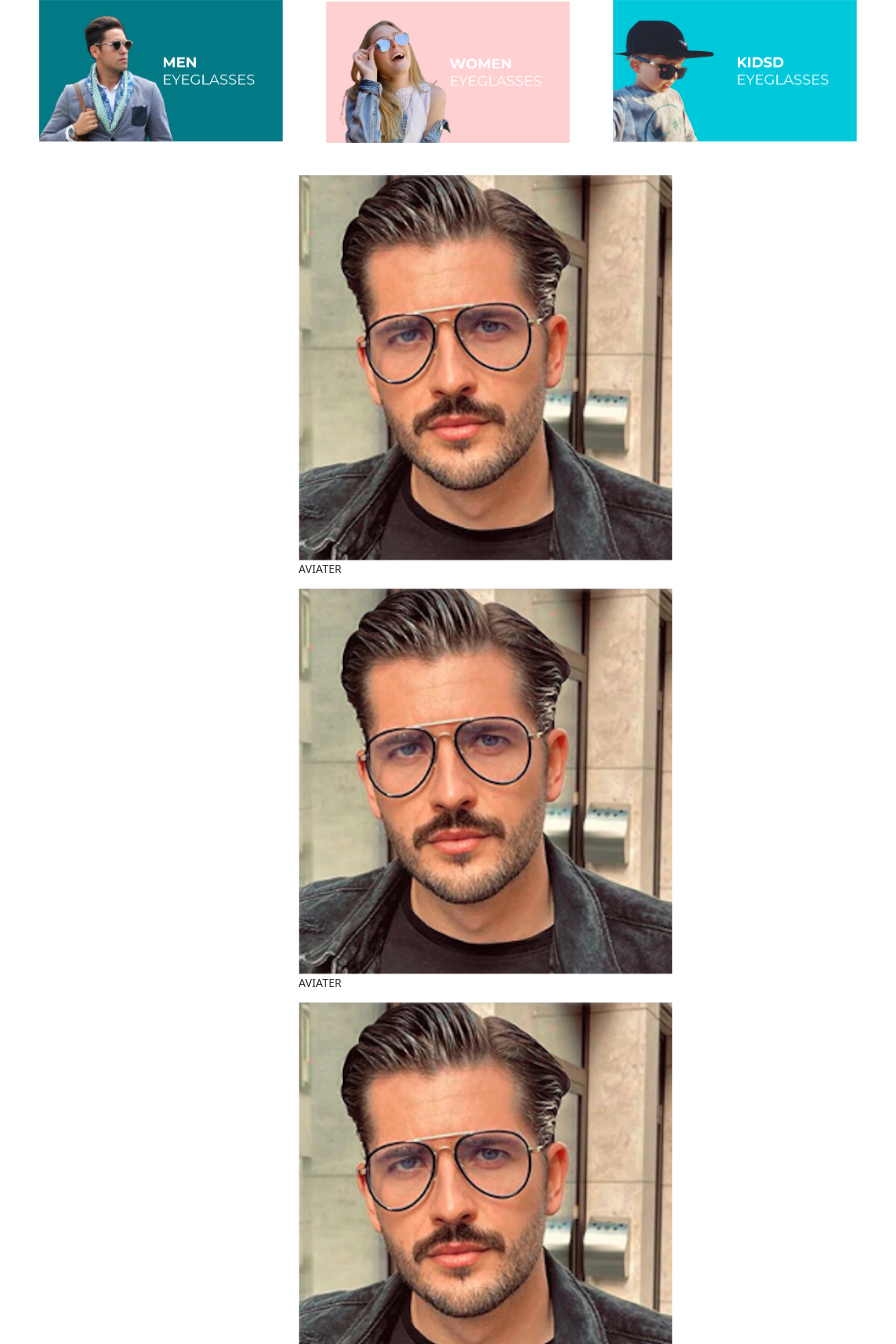
Repository: FlyweisReact/Frameskart
Page: /
The author's editor kept a copy of each file at every save. The page is drawn from the files as they stood at one save, then again after the next save.
The browser window is 1280 px wide. The pictures show the part of the page from y = 751 to 2671 px (the page is 2774 px tall before and 1592 px after), at 70% of full size.
The project was rebuilt for these pictures with package versions that can differ from the ones it lists, and the page was loaded fresh each time.

Above is the page before, as saved 2023-10-21 15:07:04.

### public/index.html
<!-- @format -->

<!DOCTYPE html>
<html lang="en">
  <head>
    <meta charset="utf-8" />
    <link rel="icon" href="%PUBLIC_URL%/favicon.ico" />
    <meta name="viewport" content="width=device-width, initial-scale=1" />
    <meta name="theme-color" content="#000000" />
    <meta
      name="description"
      content="Web site created using create-react-app"
    />
    <link rel="apple-touch-icon" href="%PUBLIC_URL%/logo192.png" />
    <link rel="manifest" href="%PUBLIC_URL%/manifest.json" />
    <link rel="preconnect" href="https://fonts.googleapis.com" />
    <link rel="preconnect" href="https://fonts.gstatic.com" crossorigin />
    <link
      href="https://fonts.googleapis.com/css2?family=Montserrat:wght@500&display=swap"
      rel="stylesheet"
    />
    <title>React App</title>
  </head>
  <body>
    <noscript>You need to enable JavaScript to run this app.</noscript>
    <div id="root"></div>
  </body>
</html>

### src/index.js
import React from 'react';
import ReactDOM from 'react-dom/client';
import './index.css';
import App from './App';
import 'bootstrap/dist/css/bootstrap.min.css';
import "slick-carousel/slick/slick.css";
import "slick-carousel/slick/slick-theme.css";

const root = ReactDOM.createRoot(document.getElementById('root'));
root.render(
  <React.StrictMode>
    <App />
  </React.StrictMode>
);

### src/App.js
/** @format */

import React from "react";
import { BrowserRouter, Route, Routes } from "react-router-dom";
import Home from "./Screen/Home";

// CSS
import './CSS/style.css'

const App = () => {
  return (
    <BrowserRouter>
      <Routes>
        <Route path="/" element={<Home />} />
      </Routes>
    </BrowserRouter>
  );
};

export default App;

### src/Screen/Home.js
/** @format */

import React from "react";
import ShopSlider from "../Component/Slider/ShopSlider";
import Navbar from "../Navbar/Navbar";

const Home = () => {
  return (
    <>
      <Navbar />

      <div className="Single_Banner">
        <img src="/Image/1.png" alt="" />
      </div>

      <div className="category-banner">
        <div className="Main">
          <img src="/Image/2.png" alt="" />
        </div>
        <div className="Main">
          <img src="/Image/3.png" alt="" />
        </div>
        <div className="Main">
          <img src="/Image/4.png" alt="" />
        </div>
      </div>

      <div  className="carousel-container" >
        <ShopSlider />
      </div>
    </>
  );
};

export default Home;

### src/CSS/style.css
/** @format */
/* Navbar */
.Nav {
  padding: 20px;
}
.Nav .container {
  display: flex;
  justify-content: space-between;
  gap: 20px;
  align-items: center;
}

.Nav .container .logo {
  width: 100px;
}

.Nav .container .logo img {
  width: 100%;
}
.Nav .container .mid-div {
  display: flex;
  gap: 20px;
  align-items: center;
}
.Nav .container .mid-div ul {
  display: flex;
  gap: 40px;
  align-items: center;
  list-style: none;
}
.Nav .container .mid-div ul li {
  color: #000;
  text-align: center;
  font-family: Montserrat;
  font-size: 16px;
  font-style: normal;
  font-weight: 500;
  line-height: normal;
  text-transform: uppercase;
  cursor: pointer;
}

.Nav .container .mid-div ul li.active {
  color: #fe9800;
  text-decoration: underline;
}

.Nav .container .icons {
  display: flex;
  gap: 40px;
  align-items: center;
}
.Nav .container .icons img {
  width: 30px;
  cursor: pointer;
}
.Nav .container .icons button {
  width: 140px;
  height: 50px;
  border-radius: 30px;
  background: #fe9800;
  border: 1px solid #fe9800;
  color: #fff;
  text-align: center;
  font-family: Montserrat;
  font-size: 20px;
  font-style: normal;
  line-height: normal;
  cursor: pointer;
}

.Nav .container .mid-div .search-div {
  display: flex;
  border-radius: 30px;
  border: 1px solid #fe9800;
  height: 40px;
  width: 300px;
  justify-content: flex-end;
}
.Nav .container .mid-div .search-div input {
  border: none;
  color: var(--Gray-lite, #a39999);
  text-align: center;
  font-family: Montserrat;
  font-size: 14px;
  font-style: normal;
  font-weight: 500;
  line-height: normal;
  outline: none;
  width: 70%;
  gap: 20px;
}
.Nav .container .mid-div .search-div div {
  border-radius: 0px 30px 30px 0px;
  background: #fe9800;
  width: 10%;
  display: flex;
  justify-content: center;
  align-items: center;
  padding: 10px;
}

/* Category Section */
.category-section {
  padding: 10px;
  background: rgba(255, 226, 0, 0.5);
}
.category-section ul {
  padding: 0;
  list-style: none;
  display: flex;
  justify-content: space-evenly;
}
.category-section ul li {
  color: #000;
  font-family: Montserrat;
  font-size: 16px;
  font-style: normal;
  font-weight: 500;
  line-height: normal;
  text-transform: uppercase;
  cursor: pointer;
}

.category-section ul li.apply {
  color: #fe9800;
  font-size: 20px;
  text-decoration-line: underline;
  font-weight: 700;
}

/* Banner */
.Single_Banner img {
  width: 100%;
  max-height: 550px;
  height: auto;
}

.category-banner {
  display: flex;
  justify-content: space-evenly;
  align-items: center;
  gap: 40px;
  padding: 40px;
  flex-wrap: wrap;
}
.category-banner .Main {
  width: 30%;
}
.category-banner .Main img {
  max-width: 100%;
  width: auto;
  height: auto;
  display: block;
  margin: auto;
}
@media (max-width: 768px) {
  .category-banner .Main {
    width: 100%;
  }
  .category-banner {
    padding: 0;
    gap: 10px;
  }
}


.carousel-container{
  width: 100%;
  overflow: hidden;
}

### src/Component/Slider/ShopSlider.js
/** @format */
import Slider from "react-slick";

const ShopSlider = () => {
  const settings = {
    dots: false,
    infinite: true,
    speed: 500,
    slidesToShow: 3,
    slidesToScroll: 2,
    autoplay: true,
    autoplaySpeed: 1500,
  };

  return (
    <Slider {...settings} className="">
      <div className="Main">
        <img src="/Image/5.png" alt="" />
        <p>AVIATER</p>
      </div>
    </Slider>
  );
};

export default ShopSlider;

### src/Navbar/Navbar.js
/** @format */

import React from "react";
import Category from "../Component/Category";

const Navbar = () => {
  return (
    <>
      <div className="Nav">
        <div className="container">
          <div className="logo">
            <img src="/Image/logo.png" alt="" />
          </div>

          <div className="mid-div">
            <div className="search-div">
              <input type="text" placeholder="Sunglasses, Eyewear Frames" />
              <div>
                <img src="/Image/searchIcon.png" alt="" />
              </div>
            </div>

            <ul>
              <li className="active">Home</li>
              <li>Design Eyewear</li>
              <li>AR try on</li>
              <li>orders</li>
              <li>vision test</li>
            </ul>
          </div>

          <div className="icons">
            {/* <img src='/Image/wallet.png' alt='' /> */}
            <img src="/Image/heart.png" alt="" />
            <img src="/Image/cart.png" alt="" />
            <img src="/Image/bell.png" alt="" />
            {/* <img src='/Image/user.png' alt='' /> */}
            <button>Sign In</button>
          </div>
        </div>
      </div>


      {/* Category Section */}
      <Category />
    </>
  );
};

export default Navbar;

### src/Component/Category.js
/** @format */

import React from "react";

const Category = () => {
  return (
    <div className="category-section">
      <ul>
        <li>EYEGLASSES</li>
        <li>SUNGLASSES</li>
        <li>COMPUTER GLASSES</li>
        <li>Smart Glasses</li>
        <li>CONTACT LENS</li>
        <li>POWER SUNGLASSES</li>
        <li>Frameskart GTP</li>
        <li className="apply"> Apply Franchise</li>
      </ul>
    </div>
  );
};

export default Category;

Loaded but not shown: src/index.css (common file)

After the next save:
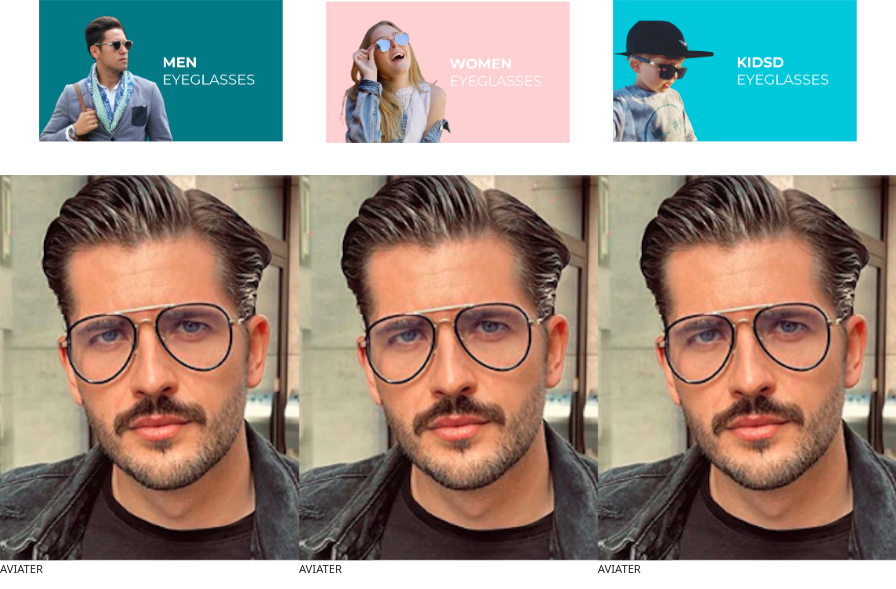
Saved 4 s later.
--- a/src/Component/Slider/ShopSlider.js
+++ b/src/Component/Slider/ShopSlider.js
@@ -18,6 +18,14 @@
         <img src="/Image/5.png" alt="" />
         <p>AVIATER</p>
       </div>
+      <div className="Main">
+        <img src="/Image/5.png" alt="" />
+        <p>AVIATER</p>
+      </div>
+      <div className="Main">
+        <img src="/Image/5.png" alt="" />
+        <p>AVIATER</p>
+      </div>
     </Slider>
   );
 };
